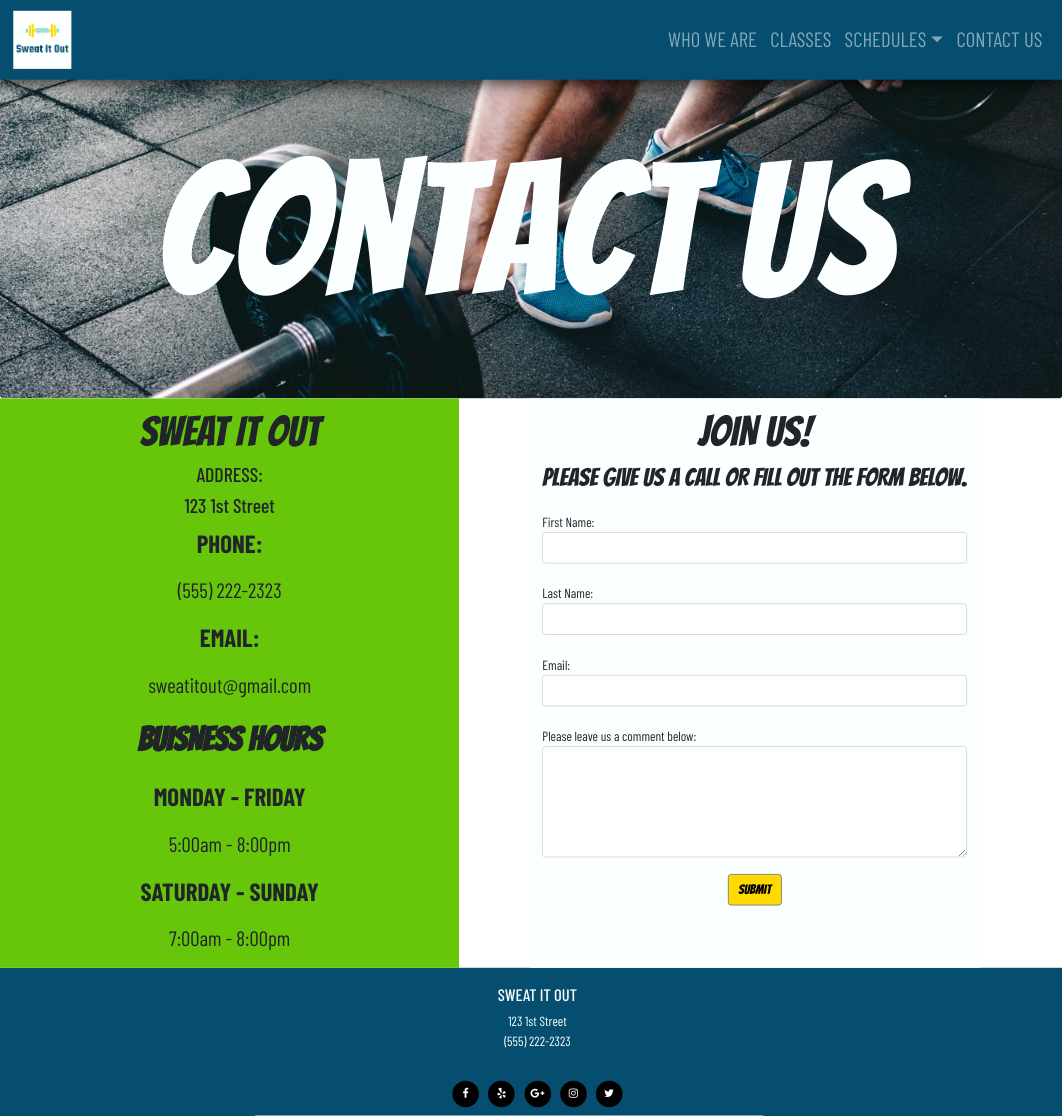
Repository: amybru/sweatitout
Page: contact.html
The author's editor kept a record of every edit. The page is drawn from the files as they stood at one moment, then again after the next edit.
The browser window is 1280 px wide. The pictures show the whole page, at 83% of full size.
Some web fonts or font styles are not loaded; a fallback is used. Some web libraries are served in a nearby version.

Above is the page before.

After the next edit:
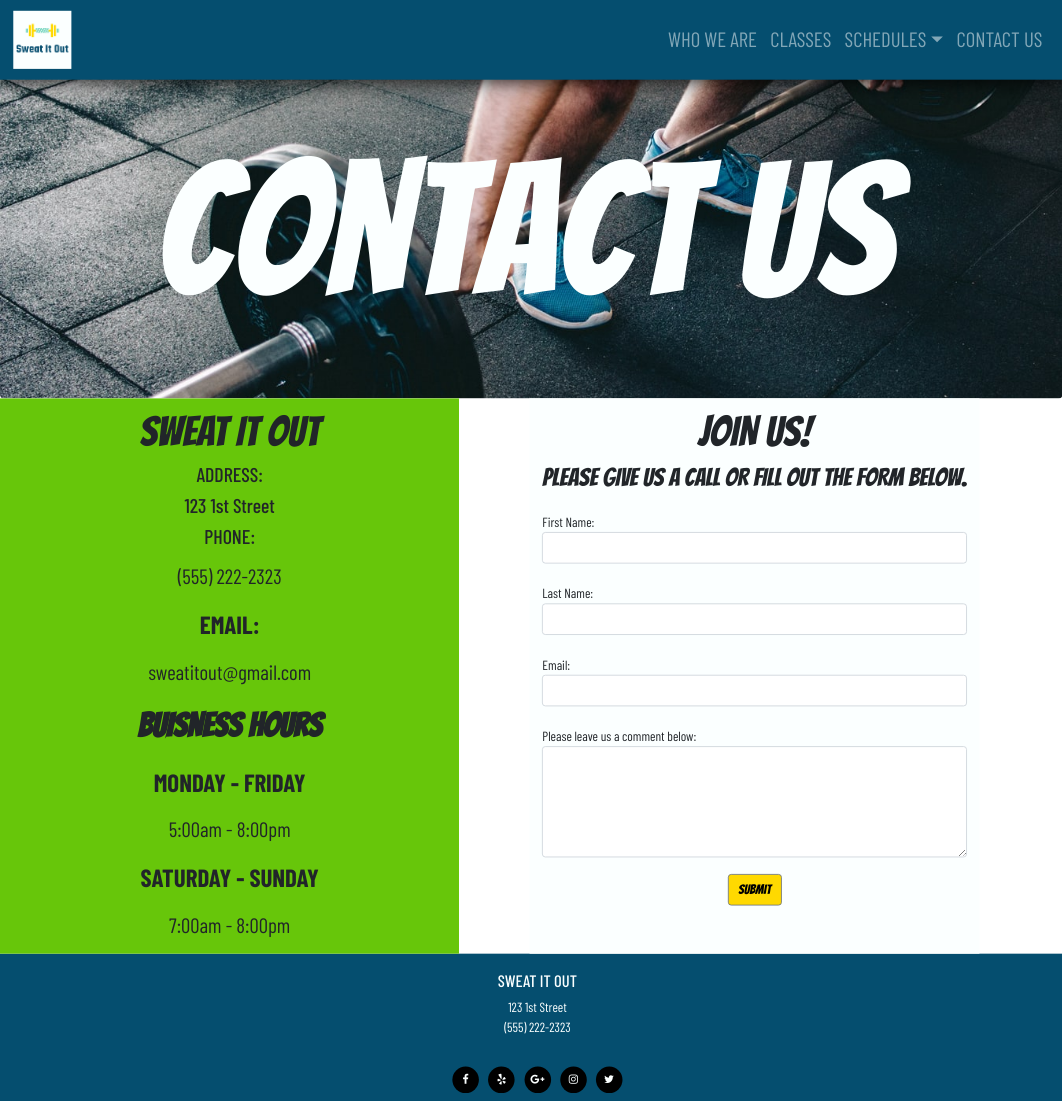
The edit:
--- a/contact.html
+++ b/contact.html
@@ -80,7 +80,7 @@
                </div>
                <div class="contact-info-item">
                   <div class="key">
-                     <p class="uppercase">
+                     <h4 class="uppercase">
                         Phone:
                      </p>
                   </div>
